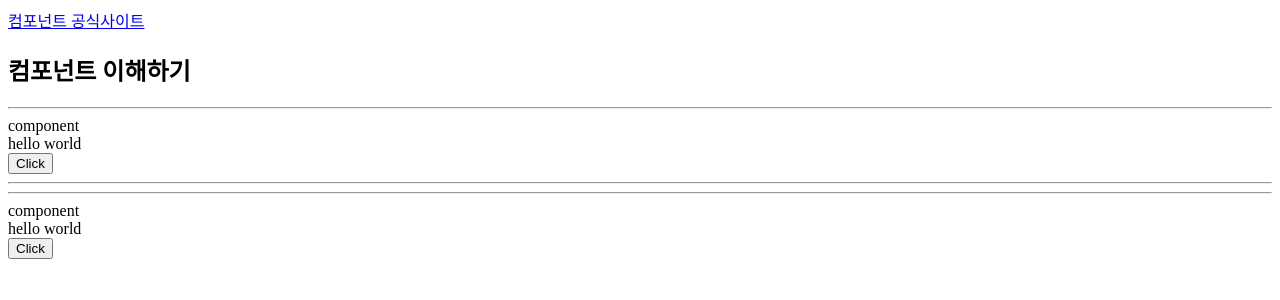
Repository: RyuGeunHwan/code_J
Page: Vuejs/22-08-10 vuejs Vue컴포넌트.html
An editor plug-in stored every save of this project. The page is shown before and after the next save, followed by the edit.
The browser window is 1280 px wide. The pictures show the whole page.

Above is the page before, as saved 2022-08-11 09:21:00.

After the next save:
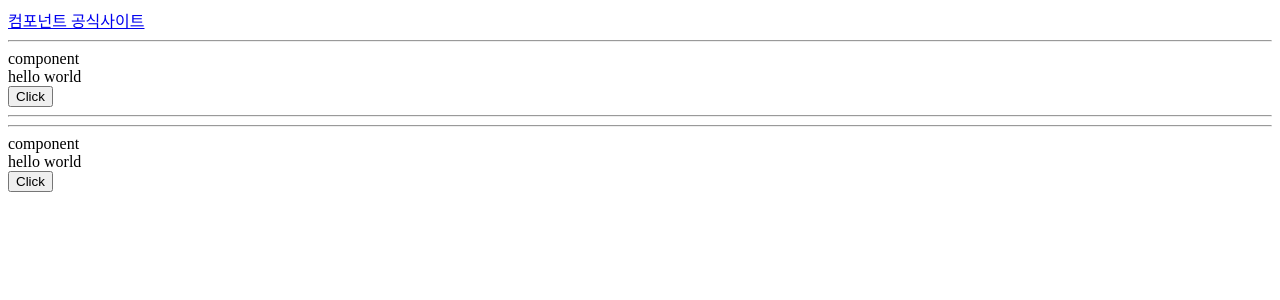
Saved 5 min 50 s later.
--- a/Vuejs/22-08-10 vuejs Vue컴포넌트.html
+++ b/Vuejs/22-08-10 vuejs Vue컴포넌트.html
@@ -10,7 +10,7 @@
 <body>
     <a href="https://kr.vuejs.org/v2/guide/components.html#%EC%A0%84%EC%97%AD-%EB%93%B1%EB%A1%9D">컴포넌트 공식사이트</a>
     <div id="component">
-        <h2>컴포넌트 이해하기</h2>
+       <componentExplanation></compcomponentExplanation>
     </div>
     <hr>
     <div id="app">
@@ -71,6 +71,7 @@
             template:
             `
             <div>
+                <h2>컴포넌트 이해하기</h2>
                 <p>컴포넌트 전역으로 등록해서 이용하기</p><br>
                 {{componentExplanation}}
                 <button @click="changeExplanation">Click</button>
